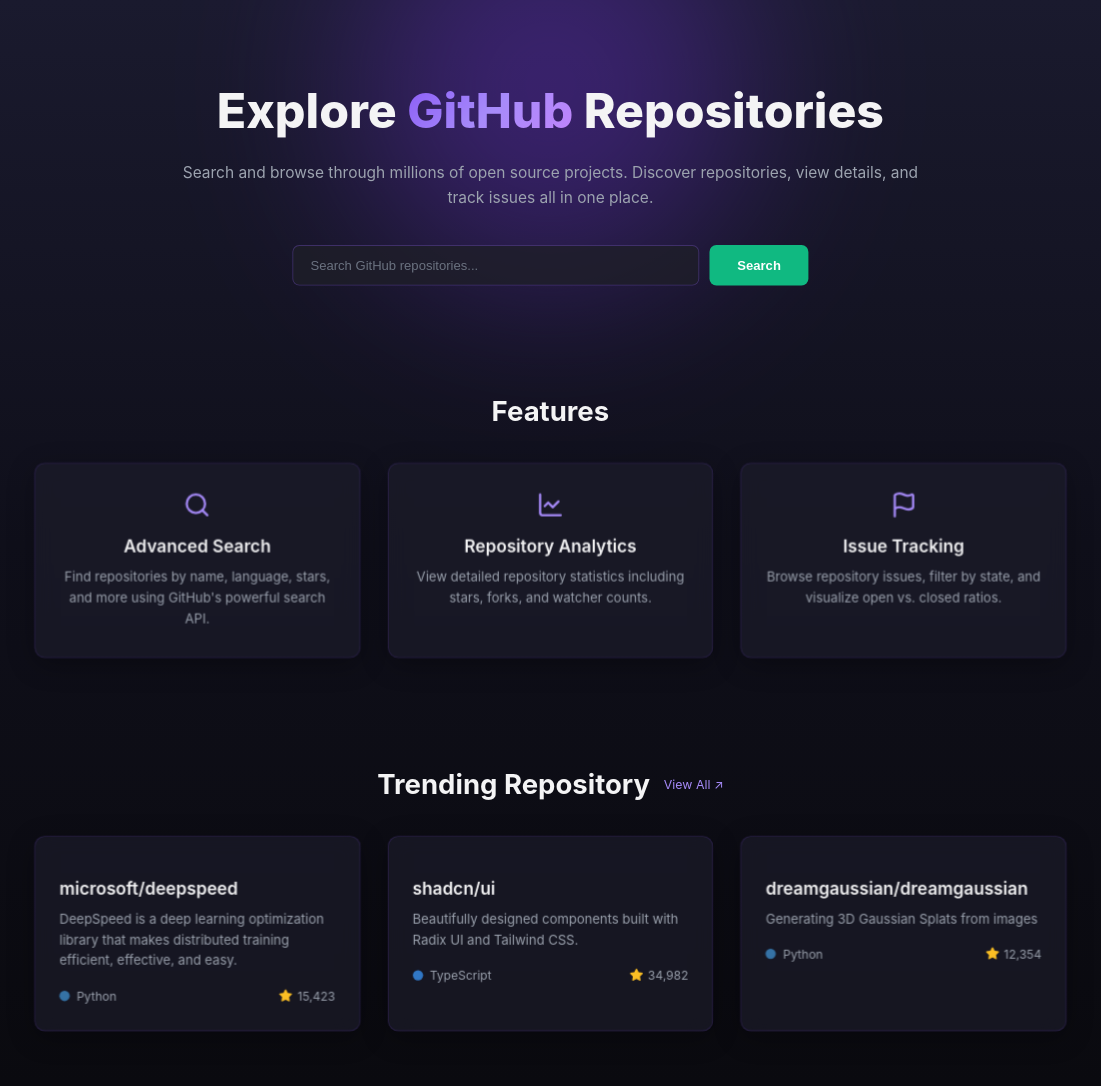
Repository: Tshenolo1994/username-repo
Page: /
These files come from the project's save history. The page is drawn as it stood at one moment and after the next save; the edit follows.
The browser window is 1280 px wide. The pictures show the whole page, at 86% of full size.
The project was rebuilt for these pictures with package versions that can differ from the ones it lists, and the page was loaded fresh each time. Also part of the build but not shown: vite.config.ts, src/views/RepoView.vue.

Above is the page before, as saved 2025-10-27 00:48:29.

### index.html
<!doctype html>
<html lang="en">
  <head>
    <meta charset="UTF-8" />
    <link rel="icon" type="image/svg+xml" href="/vite.svg" />
    <meta name="viewport" content="width=device-width, initial-scale=1.0" />
    <title>commit-explorer</title>
  </head>
  <body>
    <div id="app"></div>
    <script type="module" src="/src/main.ts"></script>
  </body>
</html>

### src/main.ts
import { createApp } from 'vue'
import { createPinia } from 'pinia'
import App from './App.vue'
import router from './router'
import './styles/theme.css'

createApp(App)
  .use(createPinia())
  .use(router)
  .mount('#app')

### src/App.vue
<template>
  <RouterView />
</template>

<script setup lang="ts"></script>

<style>
html, body, #app {
  height: 100%;
  margin: 0;
  font-family: system-ui, -apple-system, 'Segoe UI', Roboto, sans-serif;
}
</style>

### src/router/index.ts
import { createRouter, createWebHistory } from 'vue-router'
import HomeView from '@/views/HomeView.vue'
import RepoView from '@/views/RepoView.vue'

const router = createRouter({
  history: createWebHistory(),
  routes: [
    { path: '/', name: 'home', component: HomeView },
    { path: '/repos/:username', name: 'repos', component: RepoView, props: true },
  ],
  scrollBehavior: () => ({ top: 0 }),
})

export default router

### src/styles/theme.css
:root {

    --bg: #0f0f10;
    --bg-elev: #1a1a1b;
    --text: #f4f4f5;
    --muted: #a1a1aa;
    --border: #27272a;
    --link: #7c3aed;
  }


  [data-theme="light"] {
    --bg: #f9fafb;
    --bg-elev: #ffffff;
    --text: #18181b;
    --muted: #52525b;
    --border: #e4e4e7;
    --link: #2563eb;
  }


  html, body, #app {
    margin: 0;
    padding: 0;
    background: var(--bg);
    color: var(--text);
    font-family: 'Inter', system-ui, sans-serif;
    transition: background 0.3s, color 0.3s;
  }


  h1, h2, h3 {
    line-height: 1.2;
    margin: 0;
  }
  p {
    margin: 0.25rem 0 0;
  }


  .card {
    background: var(--bg-elev);
    border: 1px solid var(--border);
    border-radius: 0.75rem;
    padding: 1rem;
    box-shadow: 0 1px 2px rgba(0,0,0,0.15);
  }

### src/views/HomeView.vue
<script setup lang="ts">
import { ref } from "vue";
import { useRouter } from "vue-router";
import { Search, LineChart, Flag } from "lucide-vue-next";


const trendingRepos = ref([
  {
    id: 1,
    name: "microsoft/deepspeed",
    stars: 15423,
    description:
      "DeepSpeed is a deep learning optimization library that makes distributed training efficient, effective, and easy.",
    language: "Python",
  },
  {
    id: 2,
    name: "shadcn/ui",
    stars: 34982,
    description:
      "Beautifully designed components built with Radix UI and Tailwind CSS.",
    language: "TypeScript",
  },
  {
    id: 3,
    name: "dreamgaussian/dreamgaussian",
    stars: 12354,
    description: "Generating 3D Gaussian Splats from images",
    language: "Python",
  },
]);

const router = useRouter();
const username = ref("");

function search() {
  if (username.value.trim()) {
    router.push(`/repos/${username.value.trim()}`);
  }
}

function getLangColor(lang: string): string {
  const colors: Record<string, string> = {
    JavaScript: "#f1e05a",
    TypeScript: "#3178c6",
    Python: "#3572A5",
    Java: "#b07219",
    Go: "#00ADD8",
    Ruby: "#701516",
  };
  return colors[lang] || "#6e7681";
}
</script>

<template>
  <div class="home-page">
    <div class="gradient-ball"></div>

    <!-- Hero Section -->
    <section class="hero">
      <div class="hero-content">
        <h1 class="hero-title">
          Explore <span class="gradient-text">GitHub</span> Repositories
        </h1>
        <p class="hero-sub">
          Search and browse through millions of open source projects. Discover
          repositories, view details, and track issues all in one place.
        </p>

        <div class="search-box">
          <input
            v-model="username"
            placeholder="Search GitHub repositories..."
            class="search-input"
          />
          <button @click="search" class="search-btn">Search</button>
        </div>
      </div>
    </section>

    <!-- Features -->
    <section class="section">
      <div class="section-header">
        <h2>Features</h2>
      </div>

      <div class="grid">
        <div class="card glass">
          <Search class="icon" :size="32" />
          <h3>Advanced Search</h3>
          <p>
            Find repositories by name, language, stars, and more using GitHub's powerful search API.
          </p>
        </div>

        <div class="card glass">
          <LineChart class="icon" :size="32" />
          <h3>Repository Analytics</h3>
          <p>
            View detailed repository statistics including stars, forks, and watcher counts.
          </p>
        </div>

        <div class="card glass">
          <Flag class="icon" :size="32" />
          <h3>Issue Tracking</h3>
          <p>
            Browse repository issues, filter by state, and visualize open vs. closed ratios.
          </p>
        </div>
      </div>
    </section>

    <!-- Trending -->
    <section class="section">
      <div class="section-header">
        <h2>Trending Repository</h2>
        <a
          href="https://github.com/trending"
          target="_blank"
          rel="noreferrer"
          class="view-all"
        >
          View All ↗
        </a>
      </div>

      <div class="grid">
        <div
          v-for="repo in trendingRepos"
          :key="repo.id"
          class="card glass repo-card"
        >
          <h3 class="repo-name">{{ repo.name }}</h3>
          <p class="repo-desc">{{ repo.description }}</p>
          <div class="repo-meta">
            <div class="lang">
              <span
                class="dot"
                :style="{ backgroundColor: getLangColor(repo.language) }"
              ></span>
              <span>{{ repo.language }}</span>
            </div>
            <div class="stars">
              <svg
                class="star"
                fill="currentColor"
                viewBox="0 0 16 16"
              >
                <path
                  d="M8 .25a.75.75 0 01.673.418l1.882 3.815 4.21.612a.75.75 0 01.416 1.279l-3.046 2.97.719 4.192a.75.75 0 01-1.088.791L8 12.347l-3.766 1.98a.75.75 0 01-1.088-.79l.72-4.194L.818 6.374a.75.75 0 01.416-1.28l4.21-.611L7.327.668A.75.75 0 018 .25z"
                />
              </svg>
              {{ repo.stars.toLocaleString() }}
            </div>
          </div>
        </div>
      </div>
    </section>
  </div>
</template>

<style scoped>
.home-page {
  background: linear-gradient(to bottom, #1a1a2e 0%, #0f0f1a 50%, #0a0a0f 100%);
  color: #f4f4f5;
  min-height: 100vh;
  width: 100%;
  overflow-x: hidden;
  position: relative;
}

.gradient-ball {
  position: absolute;
  top: -200px;
  left: 50%;
  transform: translateX(-50%);
  width: 600px;
  height: 600px;
  border-radius: 50%;
  background: radial-gradient(circle at center, #5b21b6 0%, #7c3aed 30%, transparent 70%);
  opacity: 0.4;
  filter: blur(100px);
  z-index: 0;
}

/* Hero Section */
.hero {
  padding: 6rem 2rem 4rem;
  position: relative;
  z-index: 10;
}

.hero-content {
  max-width: 900px;
  margin: 0 auto;
  text-align: center;
}

.hero-title {
  font-size: 3.5rem;
  font-weight: 800;
  margin-bottom: 1.5rem;
  line-height: 1.2;
}

.gradient-text {
  background: linear-gradient(135deg, #8b5cf6 0%, #a78bfa 50%, #c084fc 100%);
  -webkit-background-clip: text;
  -webkit-text-fill-color: transparent;
  background-clip: text;
}

.hero-sub {
  color: #9ca3af;
  font-size: 1.125rem;
  margin-bottom: 2.5rem;
  line-height: 1.6;
}

.search-box {
  display: flex;
  justify-content: center;
  gap: 0.75rem;
  max-width: 600px;
  margin: 0 auto;
}

.search-input {
  padding: 0.875rem 1.25rem;
  border-radius: 8px;
  flex: 1;
  background: rgba(30, 30, 40, 0.8);
  color: #f4f4f5;
  border: 1px solid rgba(139, 92, 246, 0.3);
  font-size: 0.95rem;
  transition: all 0.2s;
}

.search-input:focus {
  outline: none;
  border-color: #8b5cf6;
  background: rgba(30, 30, 40, 0.95);
}

.search-input::placeholder {
  color: #6b7280;
}

.search-btn {
  background: #10b981;
  color: white;
  padding: 0.875rem 2rem;
  border-radius: 8px;
  font-weight: 600;
  cursor: pointer;
  border: none;
  font-size: 0.95rem;
  transition: all 0.2s;
}

.search-btn:hover {
  background: #059669;
  transform: translateY(-1px);
}

/* Shared Section Styling */
.section {
  padding: 4rem 2rem;
  position: relative;
  z-index: 10;
}

.section-header {
  display: flex;
  align-items: center;
  justify-content: center;
  gap: 1rem;
  margin-bottom: 2.5rem;
}

.section-header h2 {
  font-size: 2rem;
  font-weight: 700;
  color: #f4f4f5;
}

.view-all {
  color: #a78bfa;
  font-size: 0.9rem;
  text-decoration: none;
  display: flex;
  align-items: center;
  gap: 0.25rem;
  transition: all 0.2s;
}

.view-all:hover {
  color: #c084fc;
  transform: translateX(2px);
}

/* Grid + Cards */
.grid {
  display: grid;
  grid-template-columns: repeat(3, 1fr);
  gap: 2rem;
  max-width: 1200px;
  margin: 0 auto;
}

@media (max-width: 980px) {
  .grid {
    grid-template-columns: 1fr;
  }
  .hero-title {
    font-size: 2.5rem;
  }
}

.card {
  padding: 2rem 1.75rem;
  border-radius: 12px;
  text-align: center;
  transition: all 0.3s ease;
}

.card:hover {
  transform: translateY(-6px);
}

/* Glass look */
.glass {
  background: rgba(30, 30, 45, 0.6);
  border: 1px solid rgba(139, 92, 246, 0.2);
  backdrop-filter: blur(12px);
  box-shadow: 0 8px 32px rgba(0, 0, 0, 0.3);
}

.card h3 {
  font-size: 1.25rem;
  font-weight: 600;
  margin: 1rem 0 0.75rem;
  color: #f4f4f5;
}

.card p {
  color: #9ca3af;
  font-size: 0.95rem;
  line-height: 1.6;
}

.icon {
  color: #a78bfa;
  margin: 0 auto;
}

/* Trending Repo cards */
.repo-card {
  text-align: left;
}

.repo-name {
  color: #a78bfa;
  font-weight: 600;
  font-size: 1.1rem;
  margin: 0 0 0.75rem 0;
  transition: color 0.2s;
}

.repo-card:hover .repo-name {
  color: #c084fc;
}

.repo-desc {
  color: #9ca3af;
  font-size: 0.9rem;
  margin-bottom: 1.25rem;
  line-height: 1.5;
}

.repo-meta {
  display: flex;
  justify-content: space-between;
  align-items: center;
  font-size: 0.875rem;
  color: #9ca3af;
}

.lang {
  display: flex;
  align-items: center;
}

.dot {
  display: inline-block;
  width: 12px;
  height: 12px;
  border-radius: 50%;
  margin-right: 0.5rem;
}

.stars {
  display: flex;
  align-items: center;
  gap: 0.35rem;
}

.star {
  width: 16px;
  height: 16px;
  color: #fbbf24;
}
</style>

After the next save:
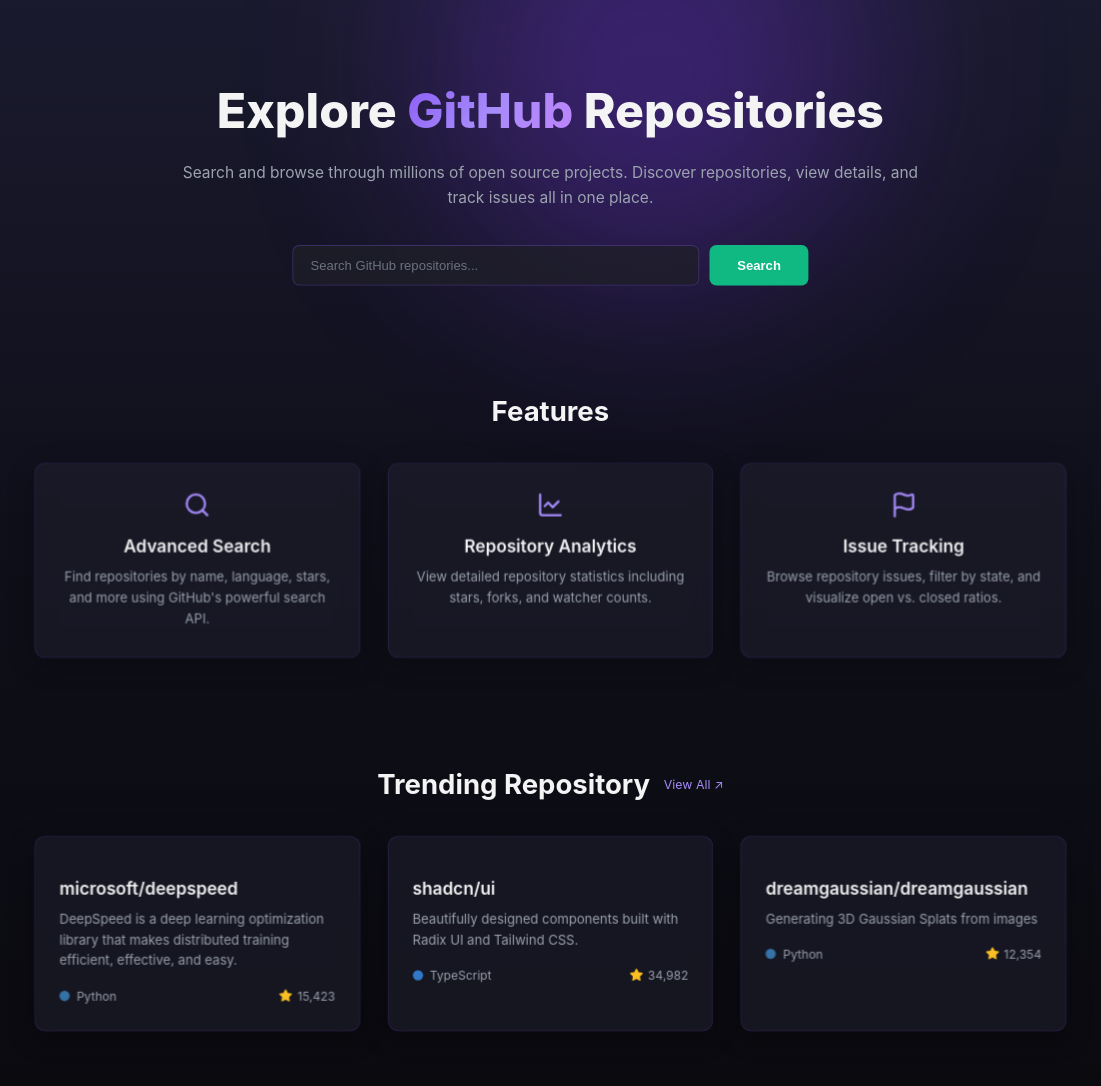
Saved 99 s later.
--- a/src/views/HomeView.vue
+++ b/src/views/HomeView.vue
@@ -3,7 +3,7 @@
 import { useRouter } from "vue-router";
 import { Search, LineChart, Flag } from "lucide-vue-next";
 
-
+// sample trending repos
 const trendingRepos = ref([
   {
     id: 1,
@@ -182,6 +182,22 @@
   opacity: 0.4;
   filter: blur(100px);
   z-index: 0;
+  animation: float 20s ease-in-out infinite;
+}
+
+@keyframes float {
+  0%, 100% {
+    transform: translate(-50%, 0) scale(1);
+  }
+  25% {
+    transform: translate(-30%, -20px) scale(1.1);
+  }
+  50% {
+    transform: translate(-70%, 20px) scale(0.9);
+  }
+  75% {
+    transform: translate(-40%, -10px) scale(1.05);
+  }
 }
 
 /* Hero Section */
